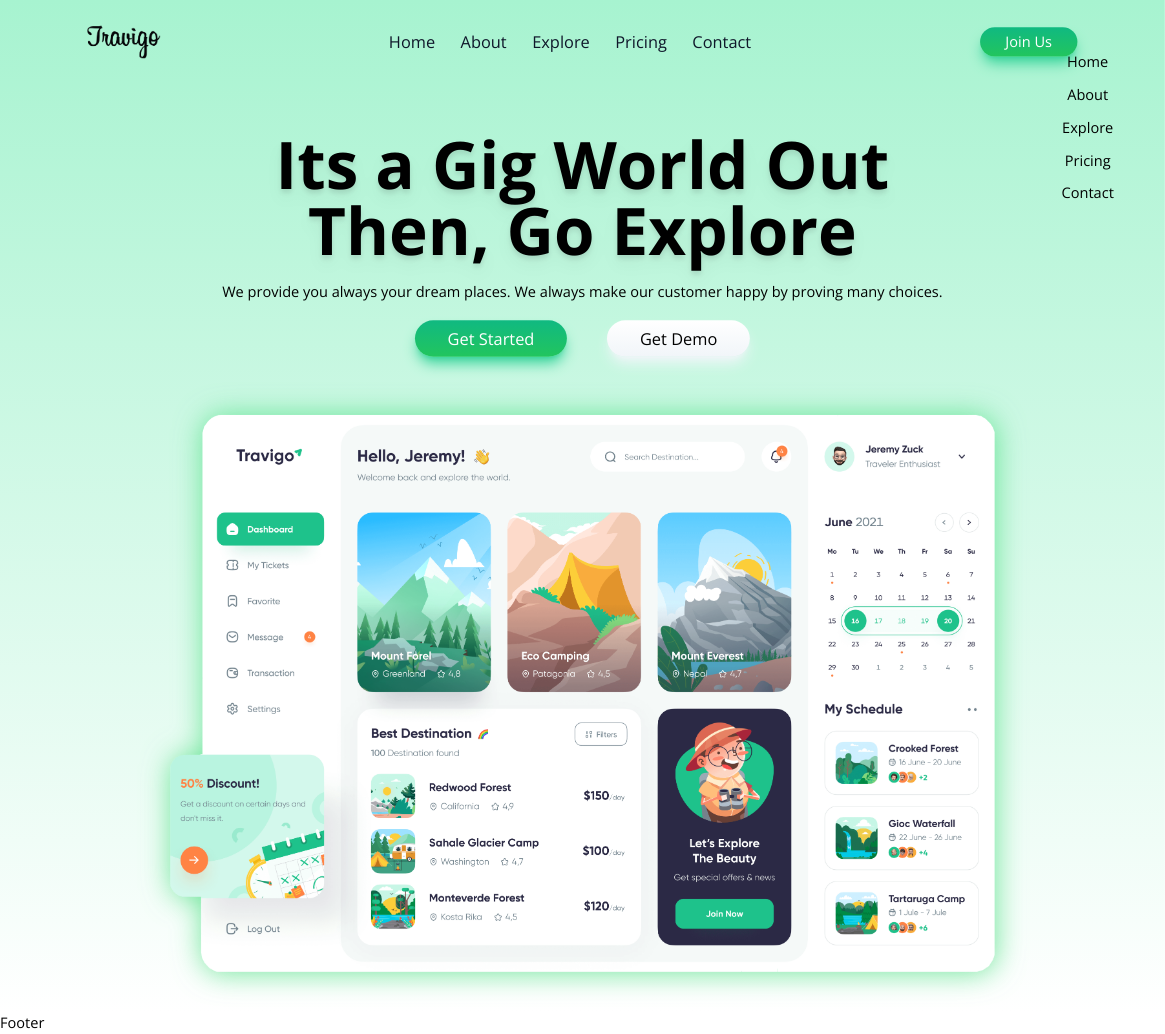
Repository: ThiAlbani83/travigo-travel-app
Page: /
The author's editor kept a copy of each file at every save. The page is drawn from the files as they stood at one save, then again after the next save.
The browser window is 1280 px wide. The pictures show the whole page, at 91% of full size.
The project was rebuilt for these pictures with package versions that can differ from the ones it lists, and the page was loaded fresh each time. Also part of the build but not shown: vite.config.js.

Above is the page before, as saved 2023-03-20 23:55:15.

After the next save:
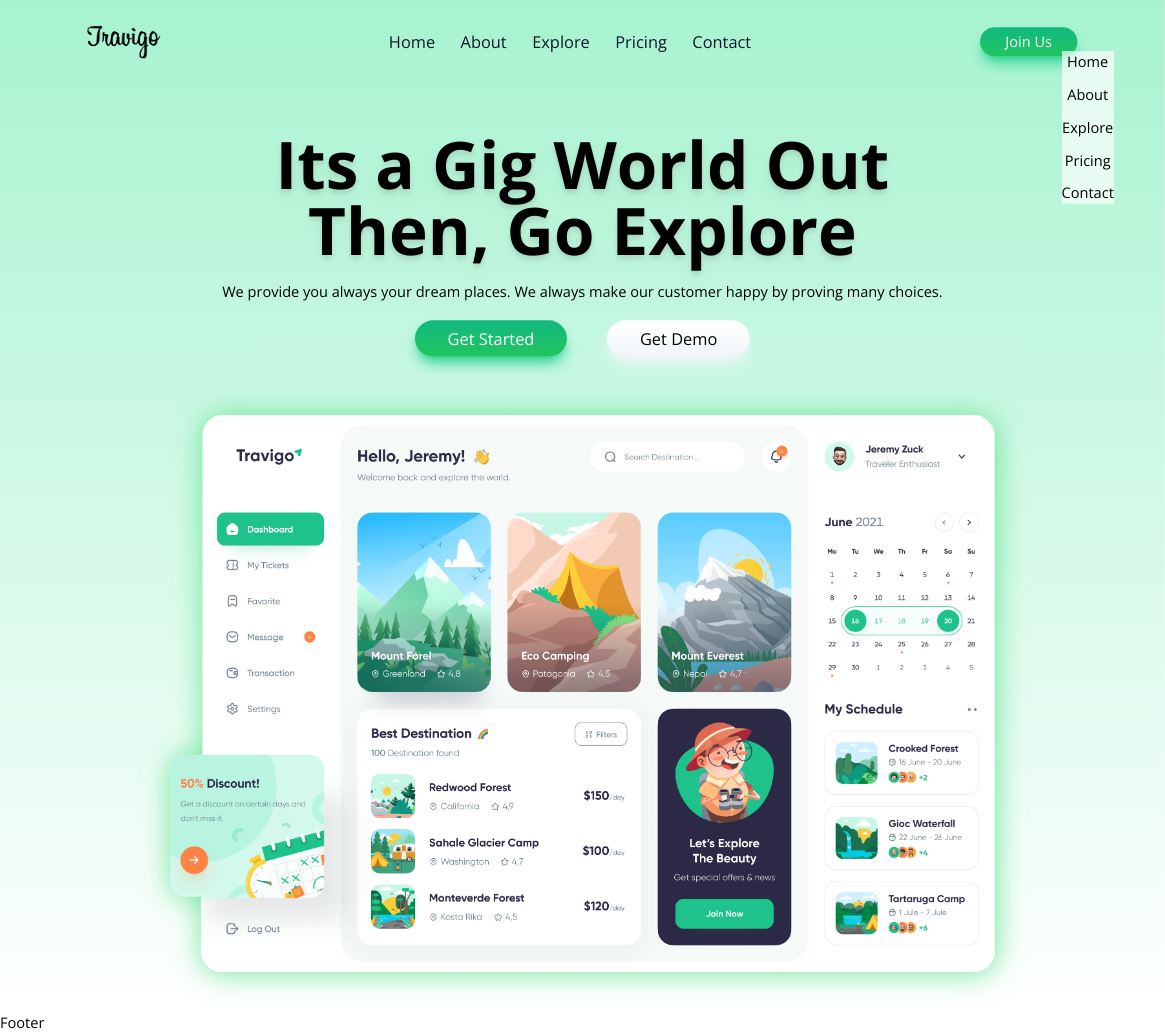
Saved 22 s later.
--- a/src/components/PopupMenu.jsx
+++ b/src/components/PopupMenu.jsx
@@ -4,7 +4,7 @@
 const PopupMenu = ({navlinks}) => {
   return (
     <>
-        <nav className='fixed top-14 right-14'>
+        <nav className='fixed top-14 right-14 bg-white bg-opacity-70 opacity-100 z-50'>
             <ul className='flex items-center flex-col gap-3'>
                 {navlinks?.map((val, index) => (
                 <li>
